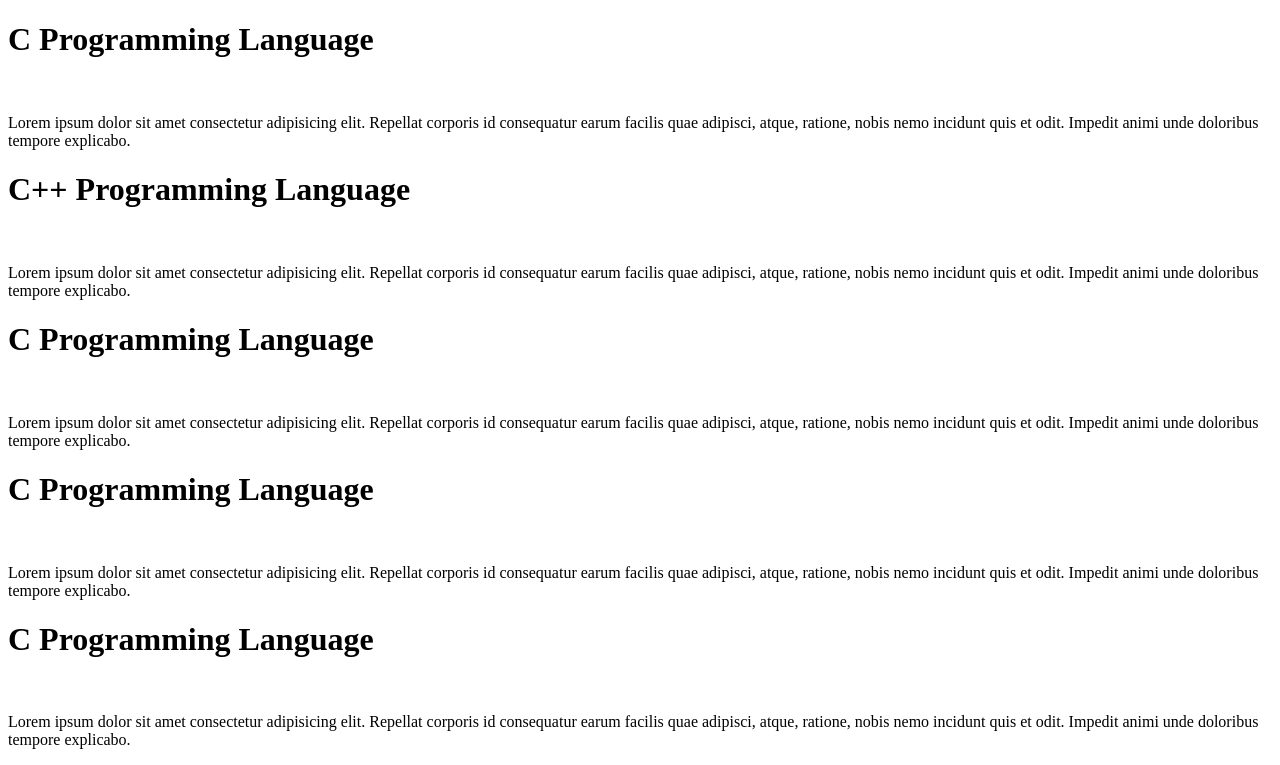
Repository: SharonSebastian32/programming_languages-tools
Page: index.htm
The author's editor kept a copy of each file at every save. The page is drawn from the files as they stood at one save, then again after the next save.
The browser window is 1280 px wide. The pictures show the whole page.

Above is the page before, as saved 2024-08-24 21:53:34.

### index.htm
<!DOCTYPE html>
<html lang="en">
  <head>
    <meta charset="UTF-8" />
    <meta name="viewport" content="width=h, initial-scale=1.0" />
    <title>Document</title>
  </head>
  <body>
    <h1>C Programming Language</h1>
    <img src="" alt="" />
    <p>
      Lorem ipsum dolor sit amet consectetur adipisicing elit. Repellat corporis
      id consequatur earum facilis quae adipisci, atque, ratione, nobis nemo
      incidunt quis et odit. Impedit animi unde doloribus tempore explicabo.
    </p>
    <h1>C++ Programming Language</h1>
    <img src="" alt="" />
    <p>
      Lorem ipsum dolor sit amet consectetur adipisicing elit. Repellat corporis
      id consequatur earum facilis quae adipisci, atque, ratione, nobis nemo
      incidunt quis et odit. Impedit animi unde doloribus tempore explicabo.
    </p>
    <h1>C Programming Language</h1>
    <img src="" alt="" />
    <p>
      Lorem ipsum dolor sit amet consectetur adipisicing elit. Repellat corporis
      id consequatur earum facilis quae adipisci, atque, ratione, nobis nemo
      incidunt quis et odit. Impedit animi unde doloribus tempore explicabo.
    </p>
    <h1>C Programming Language</h1>
    <img src="" alt="" />
    <p>
      Lorem ipsum dolor sit amet consectetur adipisicing elit. Repellat corporis
      id consequatur earum facilis quae adipisci, atque, ratione, nobis nemo
      incidunt quis et odit. Impedit animi unde doloribus tempore explicabo.
    </p>
    <h1>C Programming Language</h1>
    <img src="" alt="" />
    <p>
      Lorem ipsum dolor sit amet consectetur adipisicing elit. Repellat corporis
      id consequatur earum facilis quae adipisci, atque, ratione, nobis nemo
      incidunt quis et odit. Impedit animi unde doloribus tempore explicabo.
    </p>
  </body>
</html>

After the next save:
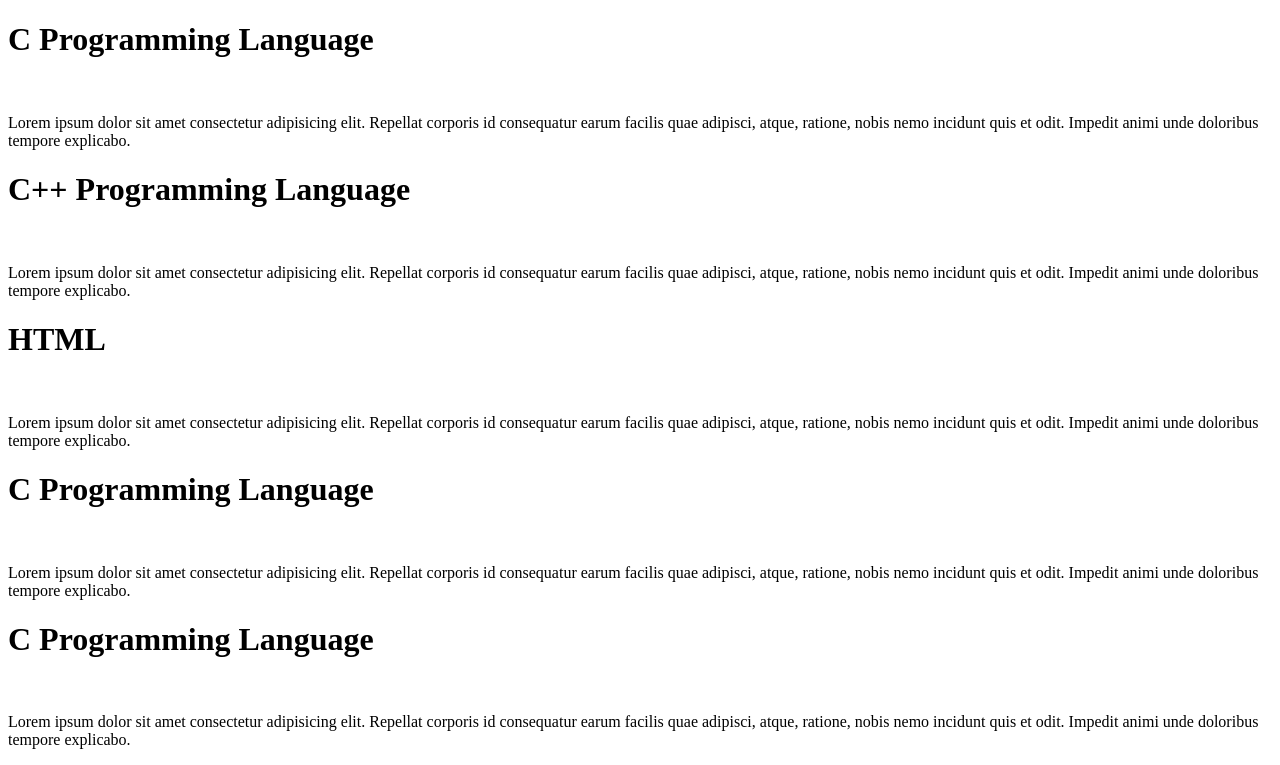
Saved 7 s later.
--- a/index.htm
+++ b/index.htm
@@ -20,7 +20,7 @@
       id consequatur earum facilis quae adipisci, atque, ratione, nobis nemo
       incidunt quis et odit. Impedit animi unde doloribus tempore explicabo.
     </p>
-    <h1>C Programming Language</h1>
+    <h1>HTML</h1>
     <img src="" alt="" />
     <p>
       Lorem ipsum dolor sit amet consectetur adipisicing elit. Repellat corporis
